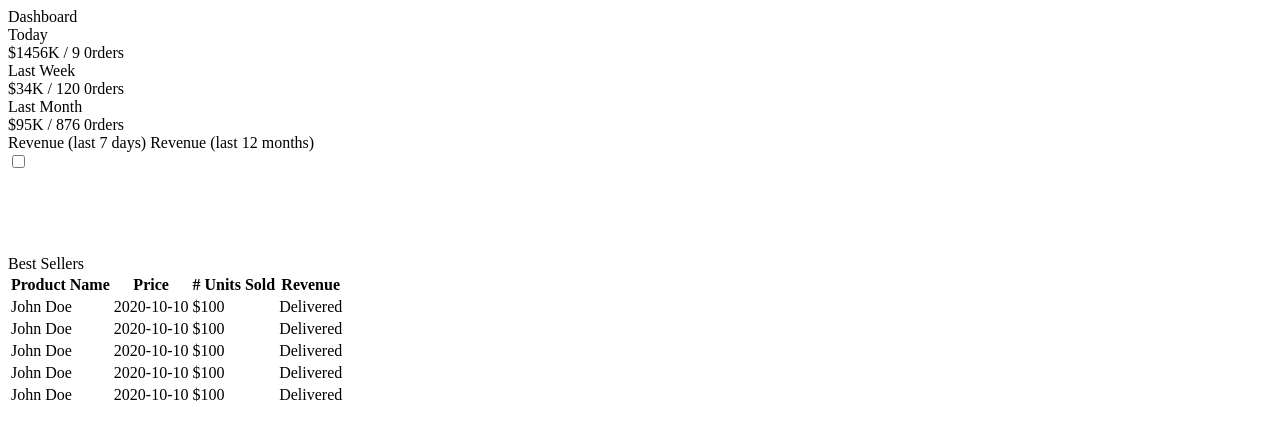
Repository: cjaymoni/FE_Submission02
Page: views/dashboard/dashboard.html
An editor plug-in stored every save of this project. The page is shown before and after the next save, followed by the edit.
The browser window is 1280 px wide. The pictures show the whole page.

Above is the page before, as saved 2022-10-03 12:05:05.

### views/dashboard/dashboard.html
<div class="content">
  <div class="container">
    <div class="order-header-text">
      <span>Dashboard</span>
    </div>
  </div>

  <div class="container">
    <div class="dashboard-card">
      <div class="dashboard-card-header">
        <div class="dashboard-card-header-text">
          <span>Today</span>
        </div>
        <div class="dashboard-card-header-img">
          <i class="fas fa-calendar-day"></i>
        </div>
      </div>
      <div class="dashboard-card-body">
        <div class="dashboard-card-body-text">
          <span>$1456K / 9 0rders</span>
        </div>
      </div>
    </div>
    <div class="dashboard-card">
      <div class="dashboard-card-header">
        <div class="dashboard-card-header-text">
          <span>Last Week</span>
        </div>
        <div class="dashboard-card-header-img">
          <i class="fas fa-calendar-week"></i>
        </div>
      </div>
      <div class="dashboard-card-body">
        <div class="dashboard-card-body-text">
          <span>$34K / 120 0rders</span>
        </div>
      </div>
    </div>
    <div class="dashboard-card">
      <div class="dashboard-card-header">
        <div class="dashboard-card-header-text">
          <span>Last Month</span>
        </div>
        <div class="dashboard-card-header-img">
          <i class="fas fa-calendar-days"></i>
        </div>
      </div>
      <div class="dashboard-card-body">
        <div class="dashboard-card-body-text">
          <span>$95K / 876 0rders</span>
        </div>
      </div>
    </div>
  </div>

  <div class="container">
    <div class="order-header-text">
      <span id="weekText">Revenue (last 7 days)</span>
      <span id="monthText">Revenue (last 12 months)</span>

      <div style="display: flex">
        <label class="switch">
          <input type="checkbox" id="toggleButton" name="toggleButton" />
          <span class="slider round"></span>
        </label>
      </div>
    </div>

    <!-- <div id="weeklyChartContainer" style="display: flex"> -->
    <canvas id="weeklyChart" width="200" height="80"></canvas>
    <!-- </div> -->
    <!-- <div id="monthlyChartContainer" style="display: flex"> -->
    <canvas id="monthlyChart" width="200" height="80"></canvas>
    <!-- </div> -->
  </div>

  <div class="container-col">
    <div>
      <span>Best Sellers</span>
    </div>
    <table>
      <thead>
        <tr>
          <th>Product Name</th>
          <th>Price</th>
          <th># Units Sold</th>
          <th>Revenue</th>
        </tr>
      </thead>
      <tbody>
        <tr>
          <td>John Doe</td>
          <td>2020-10-10</td>
          <td>$100</td>
          <td>Delivered</td>
        </tr>
        <tr>
          <td>John Doe</td>
          <td>2020-10-10</td>
          <td>$100</td>
          <td>Delivered</td>
        </tr>
        <tr>
          <td>John Doe</td>
          <td>2020-10-10</td>
          <td>$100</td>
          <td>Delivered</td>
        </tr>
        <tr>
          <td>John Doe</td>
          <td>2020-10-10</td>
          <td>$100</td>
          <td>Delivered</td>
        </tr>

        <tr>
          <td>John Doe</td>
          <td>2020-10-10</td>
          <td>$100</td>
          <td>Delivered</td>
        </tr>
      </tbody>
    </table>
  </div>
</div>

<script src="js/chart.js" defer></script>

Loaded but not shown: src/js/chart.js (no copy from this time; the picture is the same without it)

After the next save:
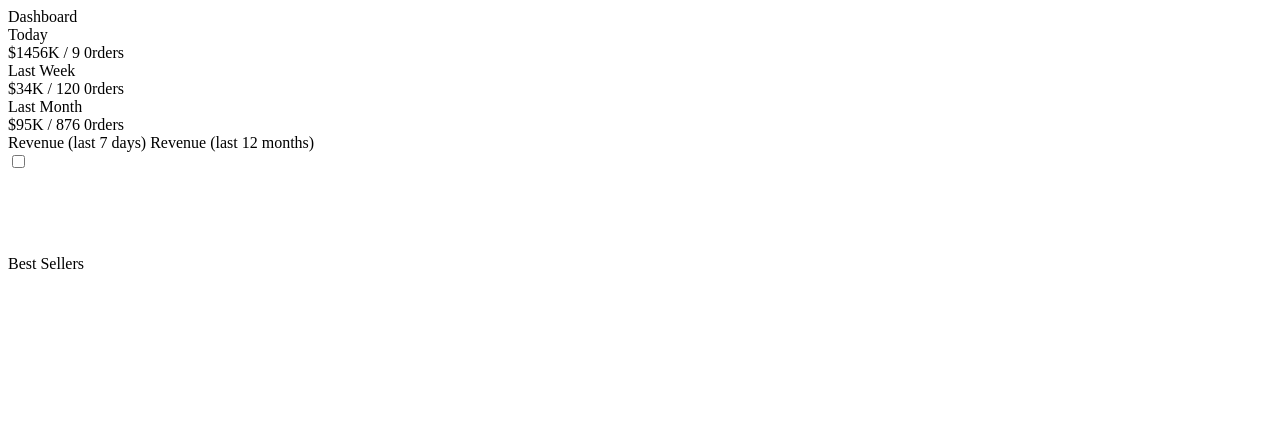
Saved 21 h 22 min later.
--- a/views/dashboard/dashboard.html
+++ b/views/dashboard/dashboard.html
@@ -78,8 +78,8 @@
     <div>
       <span>Best Sellers</span>
     </div>
-    <table>
-      <thead>
+    <table id="table">
+      <!-- <thead>
         <tr>
           <th>Product Name</th>
           <th>Price</th>
@@ -119,7 +119,7 @@
           <td>$100</td>
           <td>Delivered</td>
         </tr>
-      </tbody>
+      </tbody> -->
     </table>
   </div>
 </div>
